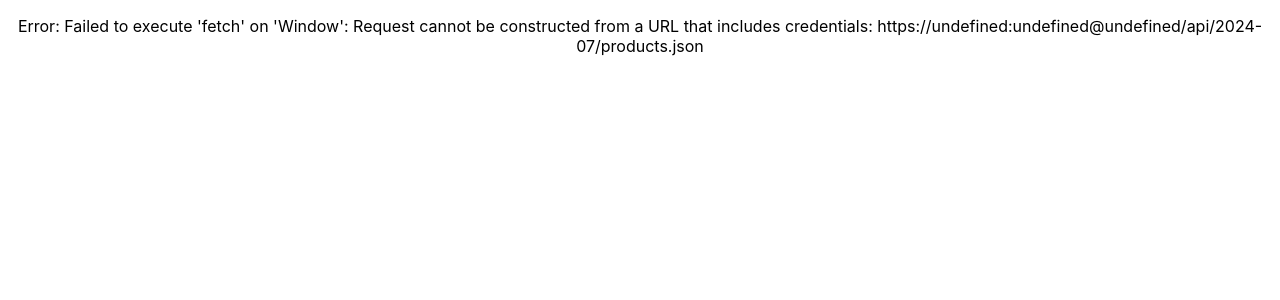
Repository: mitesh-avid-brio/Shopify-React-App
Page: /
The author's editor kept a copy of each file at every save. The page is drawn from the files as they stood at one save, then again after the next save.
The browser window is 1280 px wide. The pictures show the whole page.
The project was rebuilt for these pictures with package versions that can differ from the ones it lists, and the page was loaded fresh each time.

Above is the page before, as saved 2024-08-12 11:12:44.

### src/App.js
import './App.css';
import Inventory from './Components/Inventory'

function App() {
  return (
    <div className="App">
      <Inventory />
    </div>
  );
}

export default App;

### src/Components/Inventory.js
import { useEffect, useState } from "react";


function Inventory () {
    const [data, setData] = useState([]);
    const [loading, setLoading] = useState(true);
    const [error, setError] = useState(null);

    useEffect(() => {
        console.log("dad",``)
        fetch(`https://${process.env.API_KEY}:${process.env.Access_Token}@${process.env.URL}/api/2024-07/products.json`,{
            method: "GET",
            headers:{
                "X-Shopify-Access-Token": "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",
                "content-type": "application/json",
            }
        })
            .then(response => {
              if (!response.ok) {
                throw new Error('Network response was not ok');
              }
              return response.json();
            })
            .then(data => {
                if(data){
                    setData(data.results);
                    setLoading(false);
                }
            })
            .catch(error => {
              setError(error);
              setLoading(false);
            });
    }, []);

    console.log("Products", data)

    const product_inverntory= [
        {id:"01",title:"Bike",price:'50$',variants:"Blue"},
        {id:"02",title:"Car",price:'150$',variants:"Black"},
    ]

    if (loading) return <p>Loading...</p>;
    if (error) return <p>Error: {error.message}</p>;
    return (
        <div className="main_container">
            <h2 className='heading'>Shopify Panel</h2>

                    <div className="table_data">
                        <table className="table">
                            <thead className='table_head'>
                                <tr>
                                    <th>Id</th>
                                    <th>Title</th>
                                    <th>Price</th>
                                    <th>Variants</th>
                                    {/* <th>Action</th> */}
                                </tr>
                            </thead>
                        </table>

                        <div className="tbody_container">
                            <table>
                                <tbody>
                                    {product_inverntory.map((item)=>(
                                        <tr className='body_row' key={item.id}>
                                        <td className='index' data-label="index">{item?.id}</td>
                                        <td className='details' data-label="title">{item?.title}</td>
                                        <td className='details' data-label="price">{item?.price}</td>
                                        <td className='details' data-label="variant">{item?.variants}</td>
                                        {/* <td className='details' data-label="action"> </td> */}
                                    </tr>)) }
                                </tbody>
                            </table>
                        </div>
                    </div>
        </div>
    )
}

export default Inventory;





// X-Shopify-Access-Token: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
// api key: aec14829c6068d3c7209b0fb1c99cfa1
// api secret: ec53dbafa6a84fc722a14565b63e397e
// https://pakt-shirts.myshopify.com/

Loaded but not shown: public/index.html (common file); src/index.js (common file); src/index.css (common file); src/reportWebVitals.js (common file); src/App.css (common file)

After the next save:
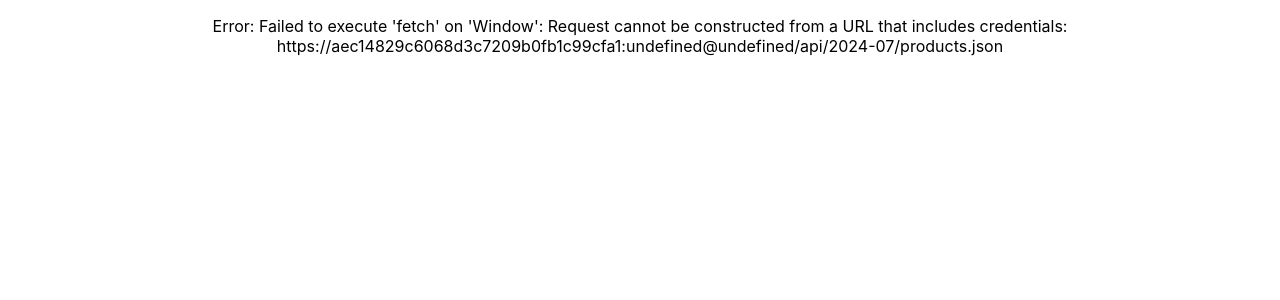
Saved 38 s later.
--- a/src/Components/Inventory.js
+++ b/src/Components/Inventory.js
@@ -8,7 +8,7 @@
 
     useEffect(() => {
         console.log("dad",``)
-        fetch(`https://${process.env.API_KEY}:${process.env.Access_Token}@${process.env.URL}/api/2024-07/products.json`,{
+        fetch(`https://${process.env.NEXT_PUBLIC_SHOPIFY_CONSUMER_KEY}:${process.env.Access_Token}@${process.env.URL}/api/2024-07/products.json`,{
             method: "GET",
             headers:{
                 "X-Shopify-Access-Token": "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",
